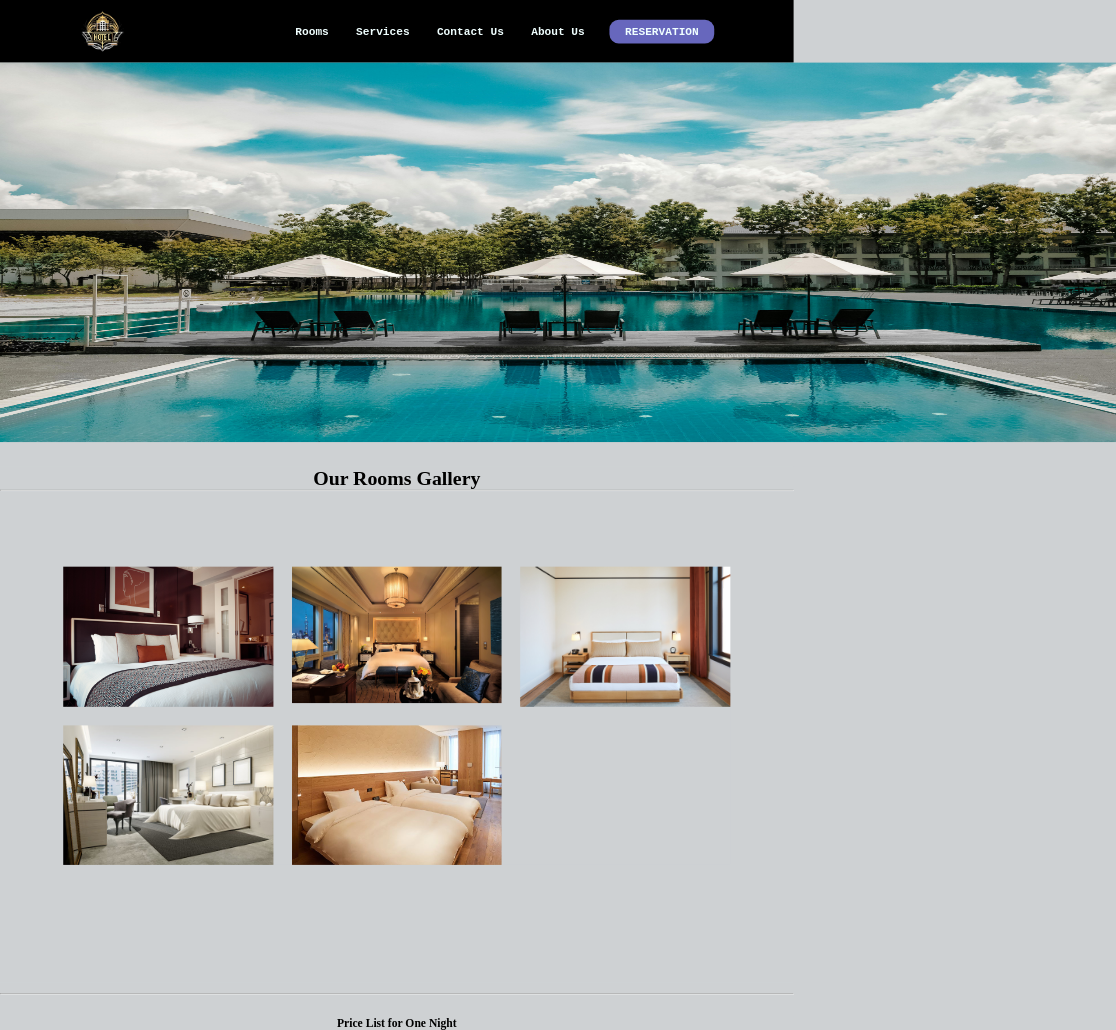
Repository: DhananjayaLakshan/Uom-Web_Design_For_Beginners
Page: Final Assignment/index.html
The author's editor kept a copy of each file at every save. The page is drawn from the files as they stood at one save, then again after the next save.
The browser window is 1280 px wide. The page is 1800 px wide, so the pictures cover 1800 px, including what lies to the right of the window. The pictures show the whole page, at 62% of full size.

Above is the page before, as saved 2023-11-29 14:43:47.

After the next save:
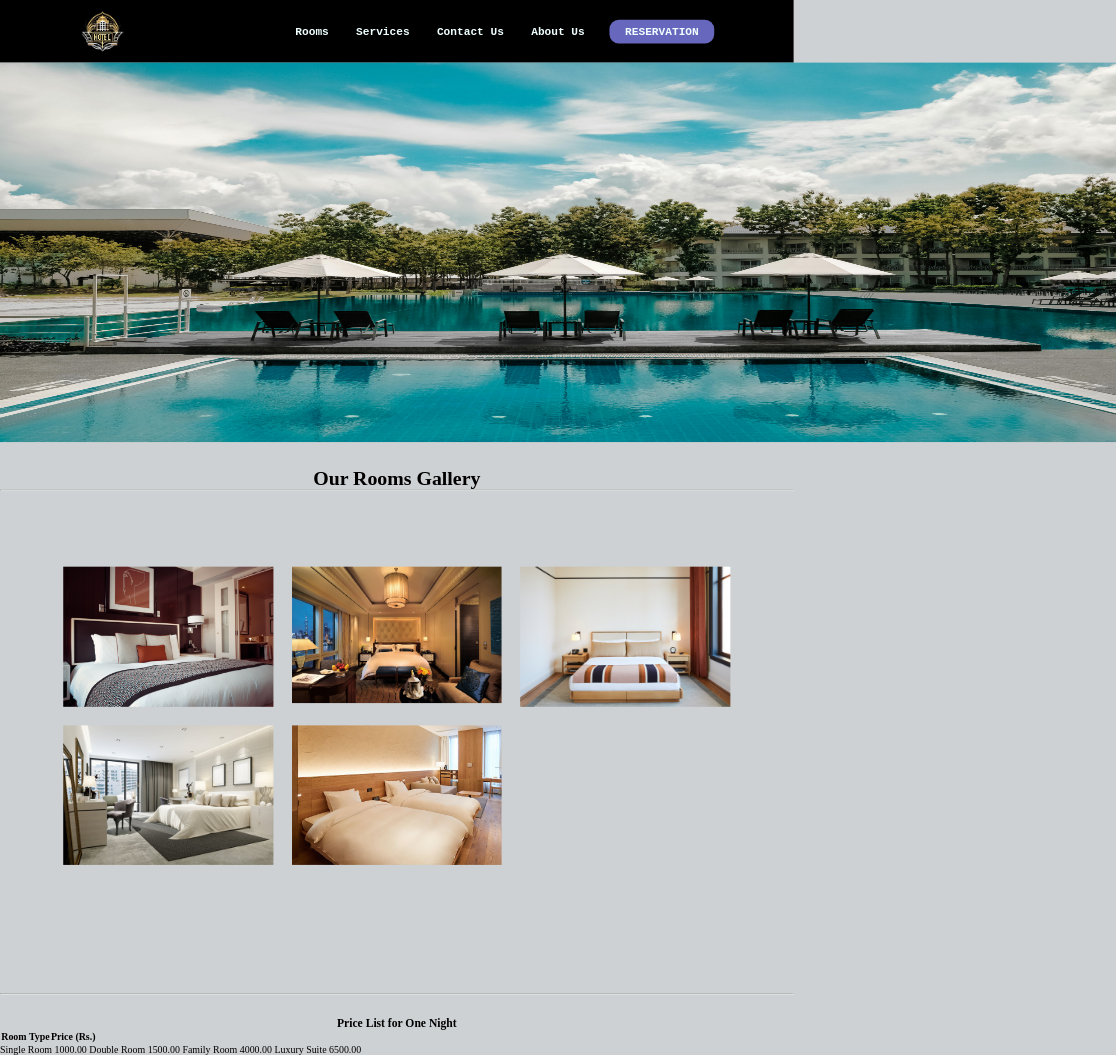
Saved 3 min 55 s later.
--- a/Final Assignment/index.html
+++ b/Final Assignment/index.html
@@ -58,10 +58,31 @@
 
 <table>
     <h3 style="text-align: center;"> Price List for One Night</h3>
+    <tr>
+        <th>Room Type</th>
+        <th>Price (Rs.)</th>
+    </tr>
+
 </table>
+<tr>
+    <td>Single Room</td>
+    <td>1000.00</td>
+</tr>
 
+<tr>
+    <td>Double Room</td>
+    <td>1500.00</td>
+</tr>
 
+<tr>
+    <td>Family Room</td>
+    <td>4000.00</td>
+</tr>
 
+<tr>
+    <td>Luxury Suite</td>
+    <td>6500.00</td>
+</tr>
 
 
 </body>
